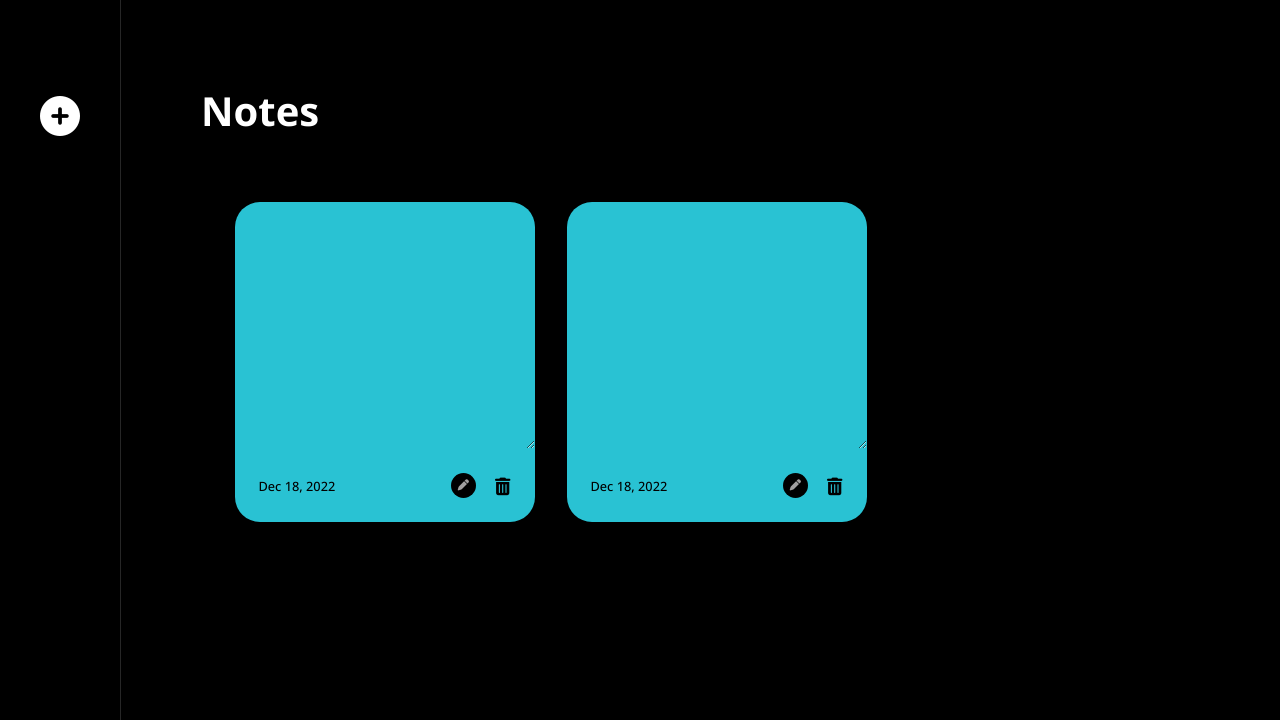
Repository: emiliaiwu/notes_app
Page: index.html
The author's editor kept a copy of each file at every save. The page is drawn from the files as they stood at one save, then again after a run of saves.
The browser window is 1280 px wide. The pictures show the whole page.
An inner scrolling area shows only its first screen. Some web libraries are served in a nearby version.

Above is the page before, as saved 2022-12-21 00:40:53.

### index.html
<!DOCTYPE html>
<html lang="en">
<head>
    <meta charset="UTF-8">
    <meta http-equiv="X-UA-Compatible" content="IE=edge">
    <meta name="viewport" content="width=device-width, initial-scale=1.0">
    <script src="https://kit.fontawesome.com/fd9c36575f.js" crossorigin="anonymous"></script>
    <link rel="stylesheet" href="style.css">
    <script src="script.js" defer></script>
    <title>Notes App</title>
</head>
<body>
    <div class="container">
        <div class="add_colors">
            <div class="add_color"><i class="fa-solid fa-circle-plus"></i></div>
            <ul class="note_colors">
                <li  style = "--i: 1; background-color: #F66B6B;" class="note_color c1"></li>
                <li  style = "--i: 2; background-color: #a659ff;" class="note_color c2"></li>
                <li  style = "--i: 3; background-color: #EA9231;" class="note_color c3"></li>
                <li  style = "--i: 4; background-color: #29C2D3;" class="note_color c4"></li>
                <li  style = "--i: 5; background-color: #ef58ce;" class="note_color c5"></li>
                <li  style = "--i: 6; background-color: #F7FC6C;" class="note_color c6"></li>
            </ul>
        </div>
        <div class="notes_container">
            <div class="header">
                <h1>Notes</h1>
                <div class="toggle_mode">

                </div>
            </div>

            <div class="notes">
                <!-- <!-- <div class="note addNote">
                    <textarea class="textarea">Lorem ipsum, dolor sit amet consectetur adipisicing elit. Amet voluptas incidunt id voluptatibus dicta excepturi officiis error maxime fuga numquam!
                    </textarea>
                    <div class="footer close">
                        <div class="date">Dec 18, 2022</div>
                        <div class="edit_delete">
                           <div class="edit"><i class="fa-solid fa-pen"></i></div>
                           <div class="delete"><i class="fa-solid fa-trash-can"></i></div>
                        </div>
                    </div>
                    <ul class="footer open">
                        <li class="bold"><span>Bold</span><i class="fa-solid fa-bold"></i></li>
                        <li class="italic"><span>Italic</span><i class="fa-solid fa-italic"></i></li>
                        <li class="underline"><span>Underline</span><i class="fa-solid fa-underline"></i></li>
                        <li class="strikethrough"><span>strikethrough</span><i class="fa-solid fa-strikethrough"></i></li>
                        <li class="toggleBtn"><span>Toggle List</span><i class="fa-solid fa-list-ul"></i></li>
                        <li class="add_image"><span>Add Image</span><i class="fa-solid fa-image"></i></li>
                    </ul>

                </div> -->

                <div class="note addNote">
                    <textarea class="textarea"></textarea>
                    <div class="footer close">
                        <div class="date">Dec 18, 2022</div>
                        <div class="edit_delete">
                           <div class="edit"><i class="fa-solid fa-pen"></i></div>
                           <div class="delete"><i class="fa-solid fa-trash-can"></i></div>
                        </div>
                    </div>
                    <ul class="footer open">
                        <li class="bold"><span>Bold</span><i class="fa-solid fa-bold"></i></li>
                        <li class="italic"><span>Italic</span><i class="fa-solid fa-italic"></i></li>
                        <li class="underline"><span>Underline</span><i class="fa-solid fa-underline"></i></li>
                        <li class="strikethrough"><span>strikethrough</span><i class="fa-solid fa-strikethrough"></i></li>
                        <li class="toggleBtn"><span>Toggle List</span><i class="fa-solid fa-list-ul"></i></li>
                        <li class="add_image"><span>Add Image</span><i class="fa-solid fa-image"></i></li>
                    </ul>

                </div>

                <div class="note addNote">
                    <textarea class="textarea"></textarea>
                    <div class="footer close">
                        <div class="date">Dec 18, 2022</div>
                        <div class="edit_delete">
                           <div class="edit"><i class="fa-solid fa-pen"></i></div>
                           <div class="delete"><i class="fa-solid fa-trash-can"></i></div>
                        </div>
                    </div>
                    <ul class="footer open">
                        <li class="bold"><span>Bold</span><i class="fa-solid fa-bold"></i></li>
                        <li class="italic"><span>Italic</span><i class="fa-solid fa-italic"></i></li>
                        <li class="underline"><span>Underline</span><i class="fa-solid fa-underline"></i></li>
                        <li class="strikethrough"><span>strikethrough</span><i class="fa-solid fa-strikethrough"></i></li>
                        <li class="toggleBtn"><span>Toggle List</span><i class="fa-solid fa-list-ul"></i></li>
                        <li class="add_image"><span>Add Image</span><i class="fa-solid fa-image"></i></li>
                    </ul>

                </div>






            </div>
        </div>




    </div>

</body>
</html>

### style.css
@import url('https://fonts.googleapis.com/css2?family=Open+Sans:wght@300;400;500;700&display=swap');


* {
    margin: 0;
    padding: 0;
    box-sizing: border-box;
    list-style-type: none;

}

body {
    font-family: 'Open Sans', sans-serif;
    width: 100vw;
    height: 100vh;
    background-color: #000;
    color: #fff;

}

h1 {
    font-size: 2.5rem;
    margin-bottom: 4rem;
    color: #fff;
}

.container {
    display: flex;
    width: 100%;
    height: 100%;
    gap: 2rem;
}

.add_colors {
    border-right: 1px solid rgba(255, 255, 255, 0.15);
    min-height: 100vh;
    display: flex;
    flex-direction: column;
    align-items: center;
    padding: 6rem 2.5rem;

}

.note_color {
    width: 25px;
    height: 25px;
    border-radius: 50%;
    margin-bottom: 1rem;
    cursor: pointer;
    transform: translateY(calc(var(--i) * -50px));
    display: none;
    transition: all .3s ease;
}

.fa-circle-plus {
    font-size: 2.5rem;
    margin-bottom: 2rem;
    cursor: pointer;
    transition: 0.3s ease-in-out;

}

.fa-circle-plus:hover {
    transform: scale(1.2);
}








/* NOTES CONTAINER */

.notes_container {
    padding: 5.2rem 3rem;
    height: 100%;
    overflow-y: scroll;
    width: 100%;
    color: #000;
}

.notes {
    display: grid;
    grid-template-columns: repeat(3, 300px);
    grid-template-rows: repeat(3, 320px);
   justify-content: center;
    gap: 2rem;
    width: 100%;
}

.note {
    display: flex;
    flex-direction: column;
    justify-content: space-between;
    align-items: flex-start;
    background-color: #29C2D3;
    padding-top: 1.5rem;
    border-radius: 25px;
     width: 100%;
}


.footer {
    display: flex;
    justify-content: space-between;
    width: 100%;
    padding: 1rem 1.5rem;
}


.edit_delete,
.edit {
    display: flex;
    align-items: center;
}

.edit_delete {
    gap: 1.2rem;
    justify-content: space-between;
}

.edit {
    background-color: #000;
    width: 25px;
    height: 25px;
    border-radius: 50%;
    color: rgb(161, 159, 159);
    justify-content: center;
    cursor: pointer;
}

.edit .fa-pen {
    font-size: .7rem;
}

.edit:hover {
    color: #fff;
    transition: .15s ease;
}


.delete {
    font-size: 1.1rem;
    cursor: pointer;
     transition: .2s ease;
}

.delete:hover {
    transform: scale(1.1);
    transition: .2s ease;
}

.date {
    font-weight: 500;
}


.footer.open {
    display: flex;
    align-items: flex-start;
    border-top: 1px solid rgba(0, 0, 0, 0.178);;
    width: 100%;
    padding-top: .5rem;
}

.notes li i {
    font-size: 1rem;
    padding: .6rem;
    cursor: pointer;
}

ul li i:hover {
    background-color: rgba(55, 55, 55, 0.107);
}

.notes li {
    position: relative;
}

.notes li span {
    font-family: inherit;
    font-size: .8rem;
    background-color: rgb(9, 9, 9);
    position: absolute;
    color: #fff;
    top: -120%;
    padding: .5rem;
    border-radius: 10px;
    opacity: 0;
}



.bold:hover span {
    opacity: 1;
    transition: 0.5s ease;
    right: -20%;

}

.italic:hover span {
    opacity: 1;
    transition: 0.5s ease;
     right: -20%;

}

.underline:hover span {
    opacity: 1;
    transition: 0.5s ease;
     right: -80%;

}


.strikethrough:hover span {
    opacity: 1;
    transition: 0.5s ease;
     right: -80%;

}


.toggleBtn:hover span {
    opacity: 1;
    transition: 0.5s ease;
   left: -80%;
    right: -80%;
}

.add_image:hover span {
    opacity: 1;
    transition: 0.5s ease;
    left: -80%;
    right: -50%;

}


/* ADDCARD ANIMATION */

.addNote {
    animation: addNote 0.5s linear;
}

@keyframes addNote {
    0% {transform: translate(-100%, -100%) scale(0.02);}
    50% {transform: translate(-20%, -70%) scale(0.06);}
    100% {transform: translate(0, 0) scale(1);}

}


/* OPEN AND CLOSE FUNCTIONALITY */
.footer.open {

    display: none;
}

.close {
    padding-bottom: 1.5rem;
    align-items: center;
    font-size: .8rem;
    /* display: none; */
}

textarea {
    width: 100%;
    height: 100%;
    background: none;
    outline: none;
    border: none;
    font-family: inherit;
    font-size: 1rem;
    margin-bottom: .5rem;
    line-height: 1.4;
    text-align: left;
    padding: .5rem .5rem .5rem 1.5rem;
    word-wrap: break-word;
    /* overflow-y: scroll; */
}

.scrollbar-hidden::-webkit-scrollbar {
  display: none;
}

### script.js
'use strict';

const cardColorsContainer = document.querySelector('.add_colors');
const addColorBtn = document.querySelector('.add_color');
const noteColors = cardColorsContainer.querySelectorAll('.note_color');
const noteContainer = document.querySelector('.notes');
const deleteBtn = document.querySelector('.delete');
const editBtn = document.querySelector('.edit');



// ADD COLORS
addColorBtn.addEventListener("click", () => {
    noteColors.forEach((noteColor, i) => {
        console.log(i);
        setTimeout(function () {
            noteColor.style.transform = 'translate(0px)';
            noteColor.style.display = 'block';
        }, 80 * i);
    })
});


// ADD NOTE

const addNote = () => {
    noteColors.forEach((noteColor) => {
        noteColor.addEventListener('click', () => {
            let color = noteColor.style.backgroundColor;
            const note = document.createElement('div');
            note.classList.add('note', 'addNote');
            note.innerHTML = `
                    <textarea class="textarea"></textarea>
                    <div class="footer close">
                        <div class="date">Today</div>
                        <div class="edit_delete">
                            <div class="edit"><i class="fa-solid fa-pen"></i></div>
                            <div class="delete"><i class="fa-solid fa-trash-can"></i></div>
                        </div>
                    </div>
                    <ul class="footer open">
                        <li class="bold"><span>Bold</span><i class="fa-solid fa-bold"></i></li>
                        <li class="italic"><span>Italic</span><i class="fa-solid fa-italic"></i></li>
                        <li class="underline"><span>Underline</span><i class="fa-solid fa-underline"></i></li>
                        <li class="strikethrough"><span>strikethrough</span><i class="fa-solid fa-strikethrough"></i></li>
                        <li class="toggleBtn"><span>Toggle List</span><i class="fa-solid fa-list-ul"></i></li>
                        <li class="add_image"><span>Add Image</span><i class="fa-solid fa-image"></i></li>
                    </ul>`;
            note.style.backgroundColor = color;
            noteContainer.prepend(note);
            console.log('/////');
        });
	});
}

addNote();








const deleteNote = () => {

}

After the next 2 saves:
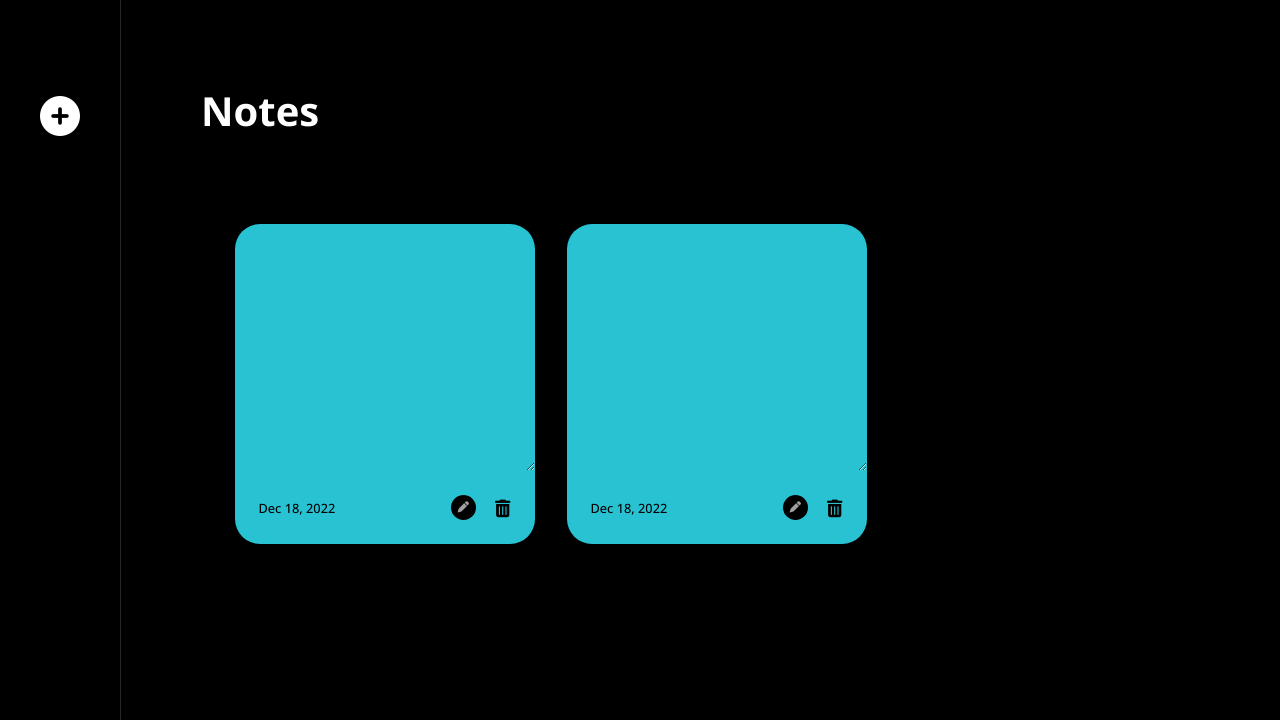
The 2 saves are shown as one change because they came seconds apart.
The last was saved 28 s later.
--- a/index.html
+++ b/index.html
@@ -26,6 +26,7 @@
             <div class="header">
                 <h1>Notes</h1>
                 <div class="toggle_mode">
+                    <i class="fa-solid fa-moon"></i>
 
                 </div>
             </div>
